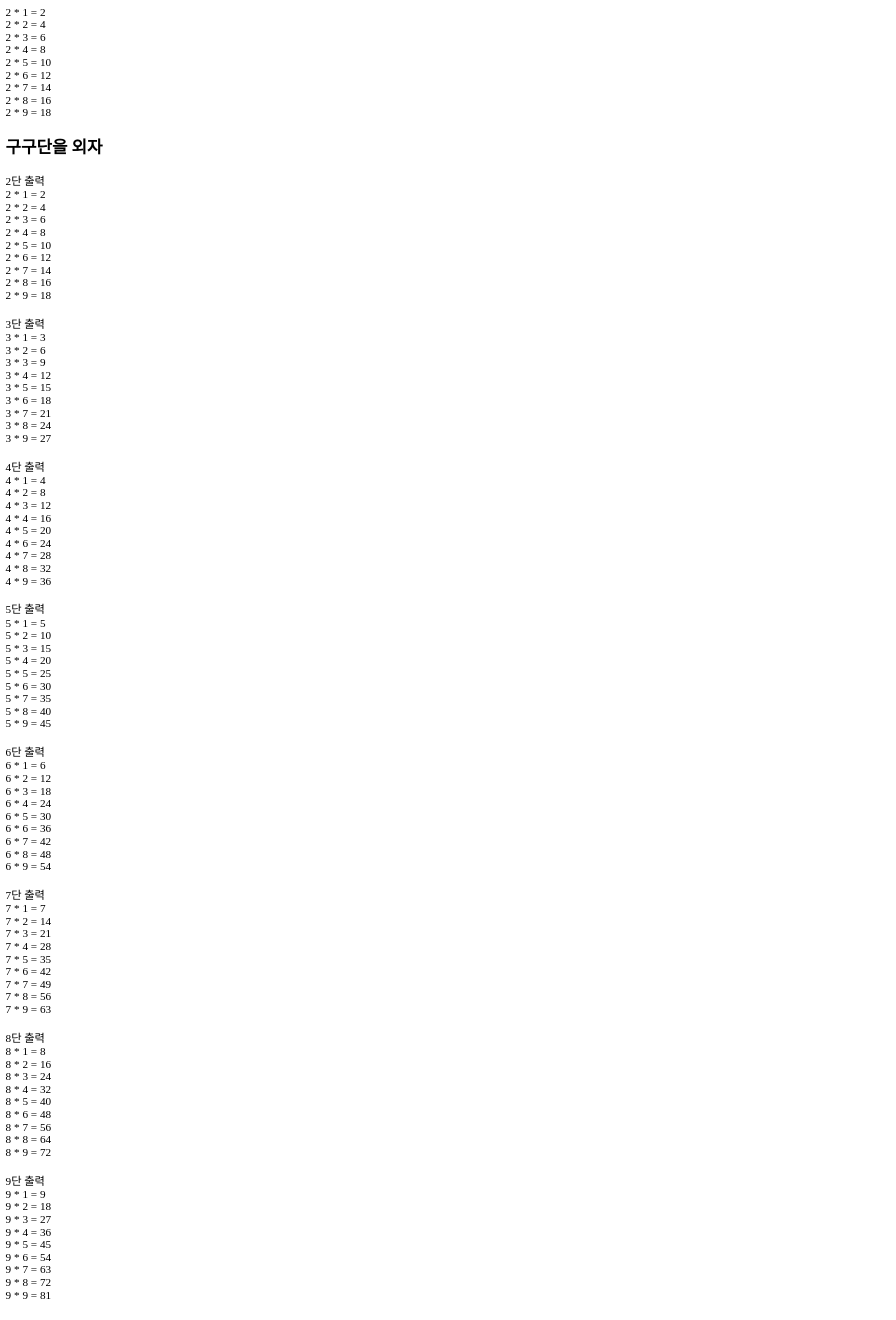
Repository: markahn02050/jsp_practice
Page: http://localhost/JSPBasic/JspTag/Scriptlet.jsp
These files come from the project's save history. The page is drawn as it stood at one moment and after the next save; the edit follows.
The browser window is 1280 px wide. The pictures show the part of the page from y = 363 to 2283 px (the page is 2248 px tall before and 2779 px after), at 70% of full size.
The page is served by Tomcat 9.

Above is the page before, as saved 2022-01-28 02:49:03.

### JSPBasic/src/main/webapp/JspTag/Scriptlet.jsp
<%@ page language="java" contentType="text/html; charset=UTF-8"
    pageEncoding="UTF-8"%>
<!DOCTYPE html>
<html>
<head>
<meta charset="UTF-8">
<title>Insert title here</title>
</head>
<body>
	<!--  스크립트릿 내부에는 자바 코드를 작성할 수 있으며
	이 코드를 반영해 페이지가 구성됩니다. -->
	<% for(int i = 0; i < 3; i++){ %>
		<h2>반복문 테스트1</h2>
		<p>
			반복이 잘 됩니다.
		</p>
	<% } %>

	<!--  하단에 구구단 코드를 작성해주세요.
	System.out.println() 이 괄호 내 구문을 콘솔에 찍히게 해줬다면
	out.println()은 html화면에 괄호 내 구문을 콘솔에 찍히게 해줍니다-->
	<h2>구구단 2단</h2>
	<% for(int i = 1; i <= 9; i++){

		out.println(2 + " * " + i + " = " + 2 * i + "<br/>");

		} %>

	<h2>구구단을 외자</h2>
	<% for(int i = 2; i <= 9; i++){

		out.println(i + "단 출력" + "<br/>");

		for(int j = 1; j <= 9; j++){

			out.println(i + " * " + j + " = " + i * j + "<br/>");

		}

		out.println("<br/>");

	}

	%>

</body>
</html>

After the next save:
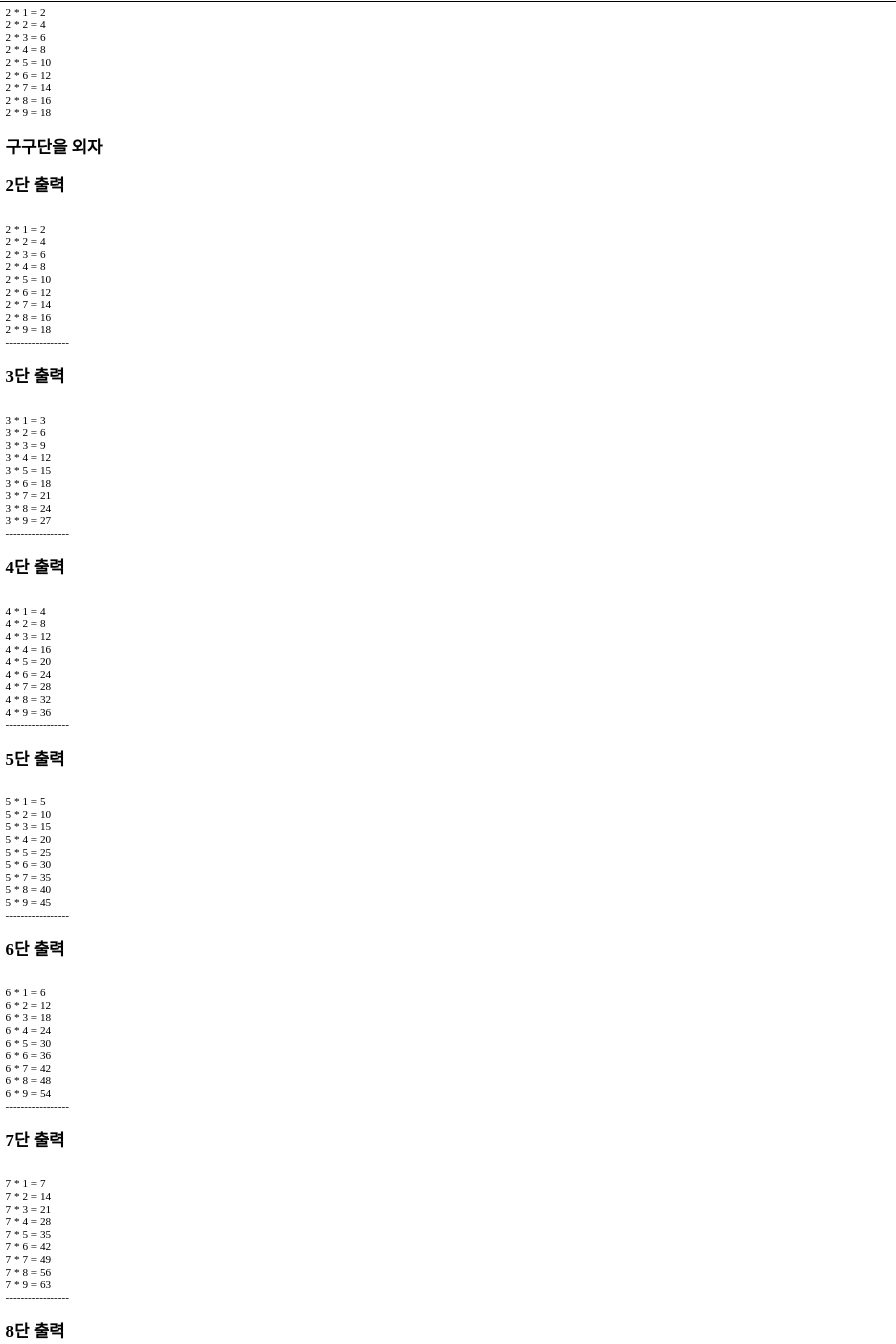
Saved 25 min 52 s later.
--- a/JSPBasic/src/main/webapp/JspTag/Scriptlet.jsp
+++ b/JSPBasic/src/main/webapp/JspTag/Scriptlet.jsp
@@ -29,7 +29,8 @@
 	<h2>구구단을 외자</h2>
 	<% for(int i = 2; i <= 9; i++){
 
-		out.println(i + "단 출력" + "<br/>");
+
+		out.println("<h2>" + i + "단 출력" + "</h2>" + "<br/>");
 
 		for(int j = 1; j <= 9; j++){
 
@@ -37,7 +38,7 @@
 
 		}
 
-		out.println("<br/>");
+		out.println("-----------------<br/>");
 
 	}
 
